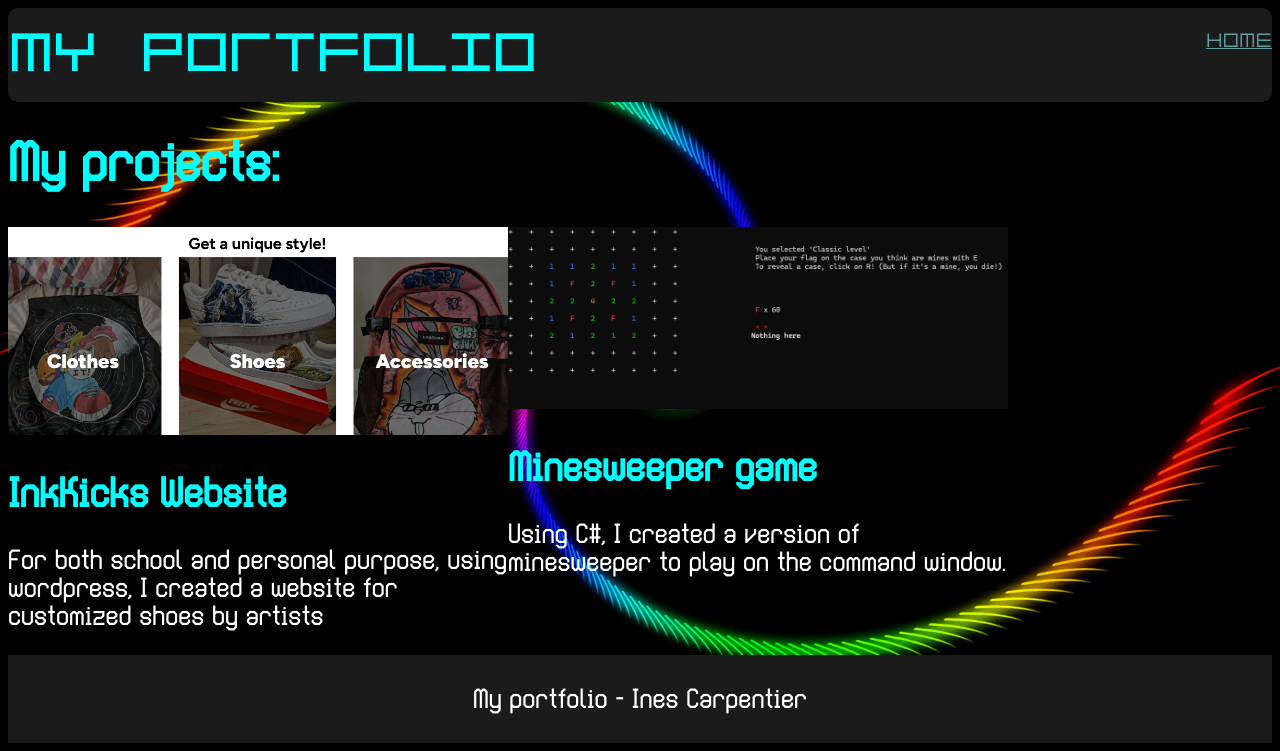
Repository: InsCarp/InsCarp
Page: project.html
The author's editor kept a copy of each file at every save. The page is drawn from the files as they stood at one save, then again after the next save.
The browser window is 1280 px wide. The pictures show the whole page.
Backgrounds fixed to the window are drawn as part of the page.

Above is the page before, as saved 2026-05-12 10:31:32.

After the next save:
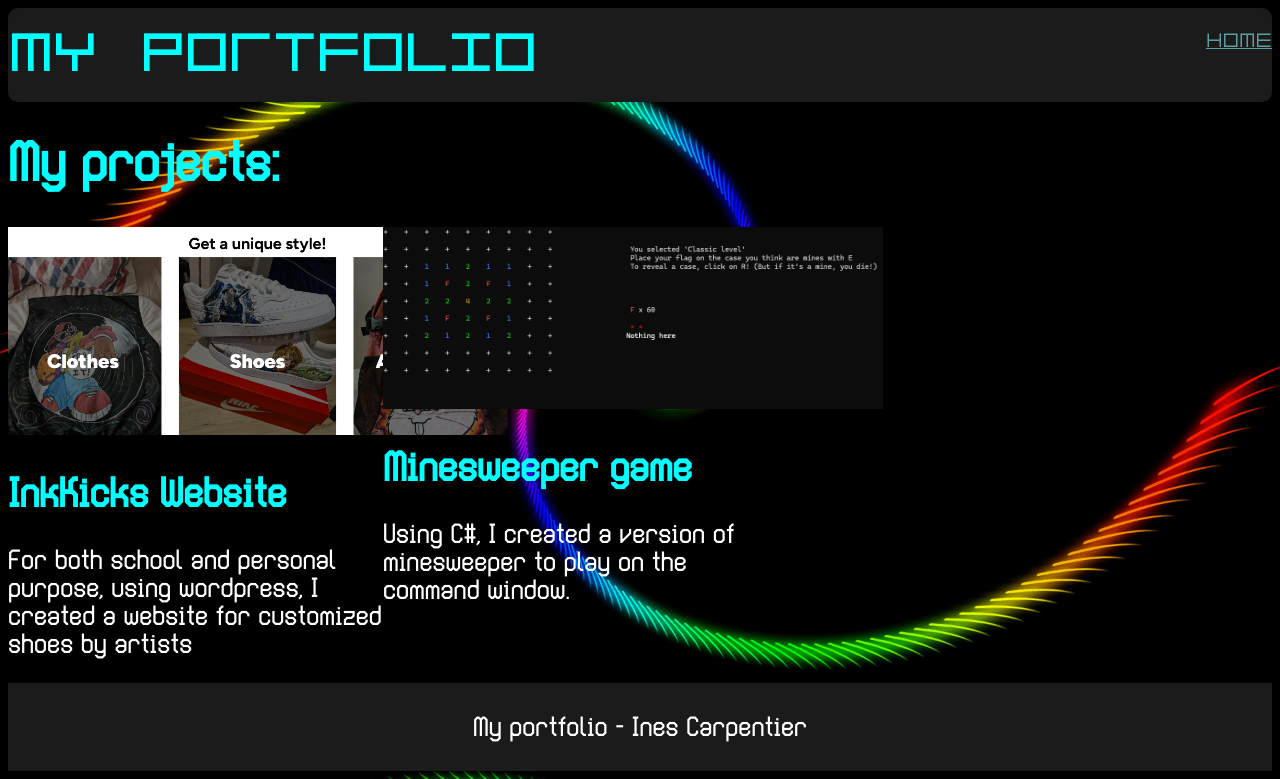
Saved 33 s later.
--- a/styles/project.css
+++ b/styles/project.css
@@ -29,7 +29,7 @@ article {
     width: 20rem;
 }
 article {
-    width: 20rem;
+    width: 15rem;
 }
 
 }

After the save that followed:
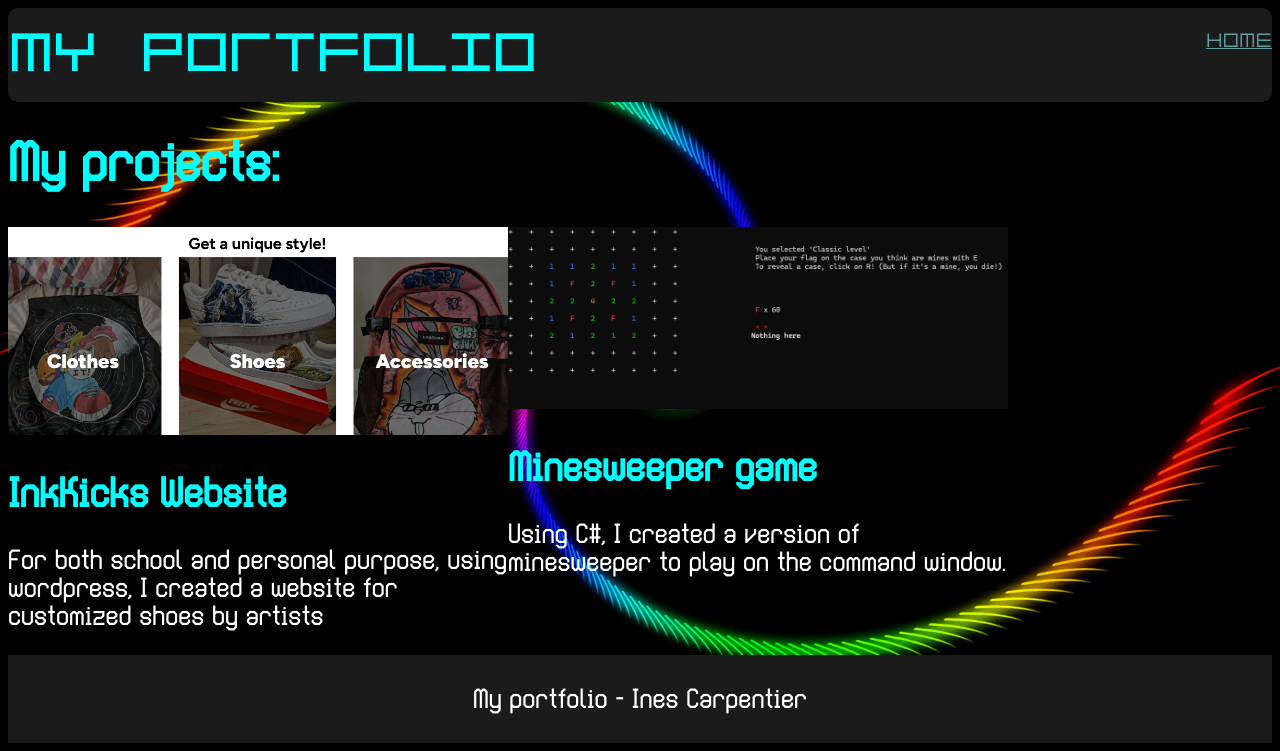
Saved 11 s later.
--- a/styles/project.css
+++ b/styles/project.css
@@ -29,7 +29,7 @@ article {
     width: 20rem;
 }
 article {
-    width: 15rem;
+    width: 20rem;
 }
 
 }
